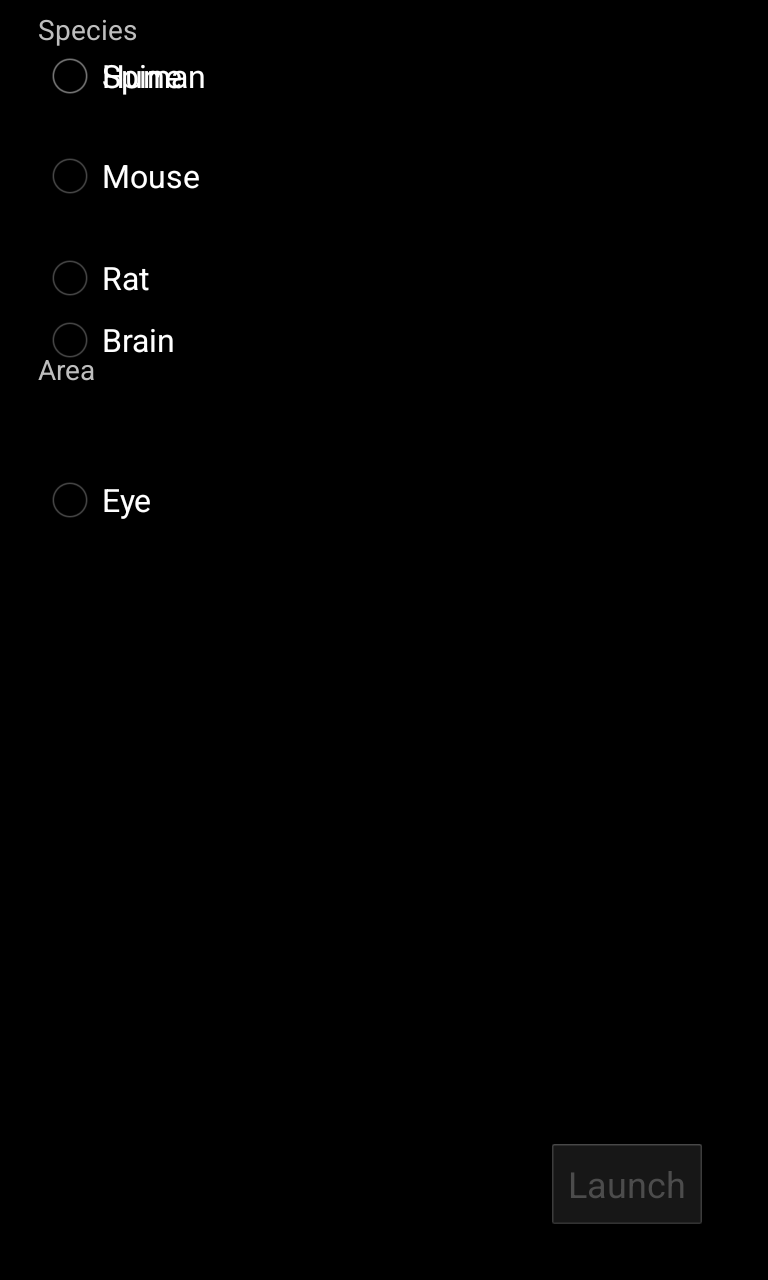
Repository: Ekarg/CSCE315Project3
Layout: Project3/res/layout/activity_main.xml
These files come from the project's save history. The layout is drawn as it stood at one moment and after the next save; the edit follows.
It is drawn on a 768 x 1280 px phone screen (xhdpi) without system bars, with theme android:Theme.Holo; the app's code is not run.

Above is the layout before, as saved 2013-11-27 20:05:43.

After the next save:
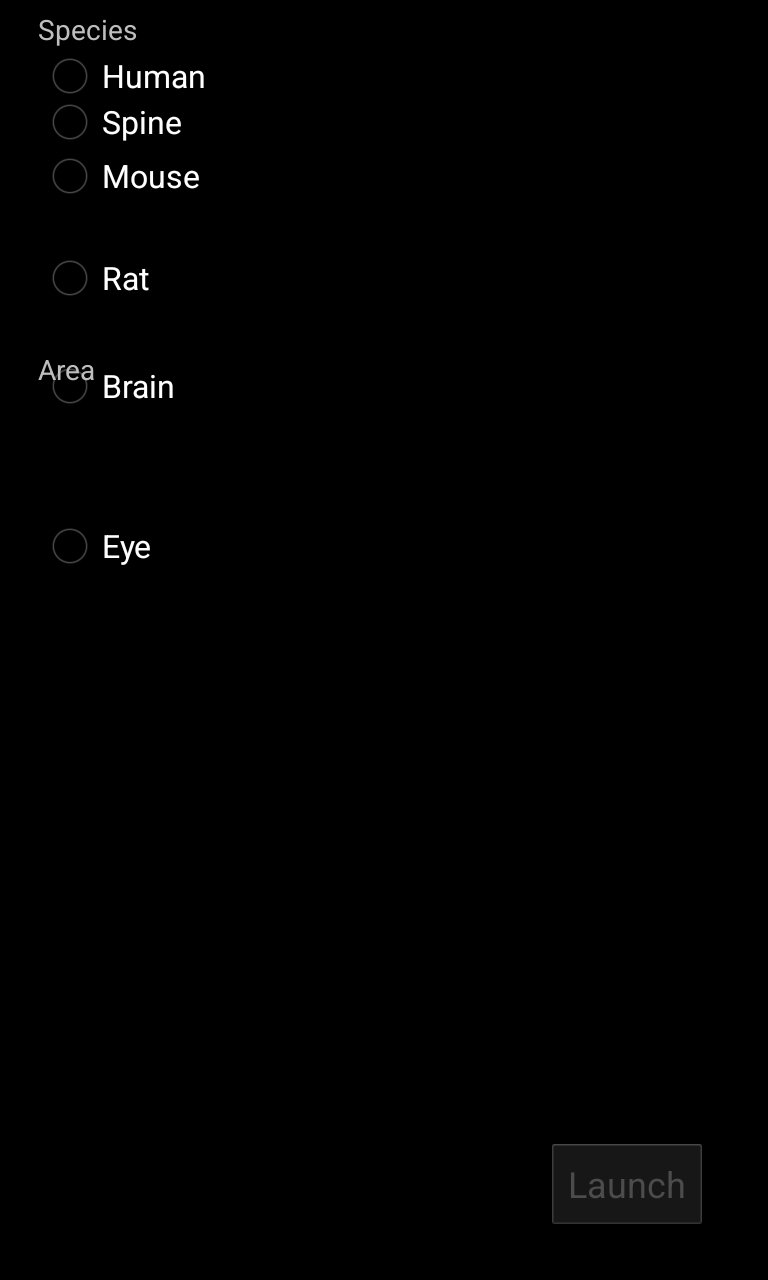
Saved 14 s later.
--- a/Project3/res/layout/activity_main.xml
+++ b/Project3/res/layout/activity_main.xml
@@ -91,7 +91,7 @@
             android:layout_height="wrap_content"
             android:layout_marginLeft="14dp"
             android:checked = "false"
-            android:layout_marginTop="17dp"
+            android:layout_marginTop="40dp"
 	        android:onClick="onRadioButtonClicked"
 	        android:text="@string/spine" />
 
